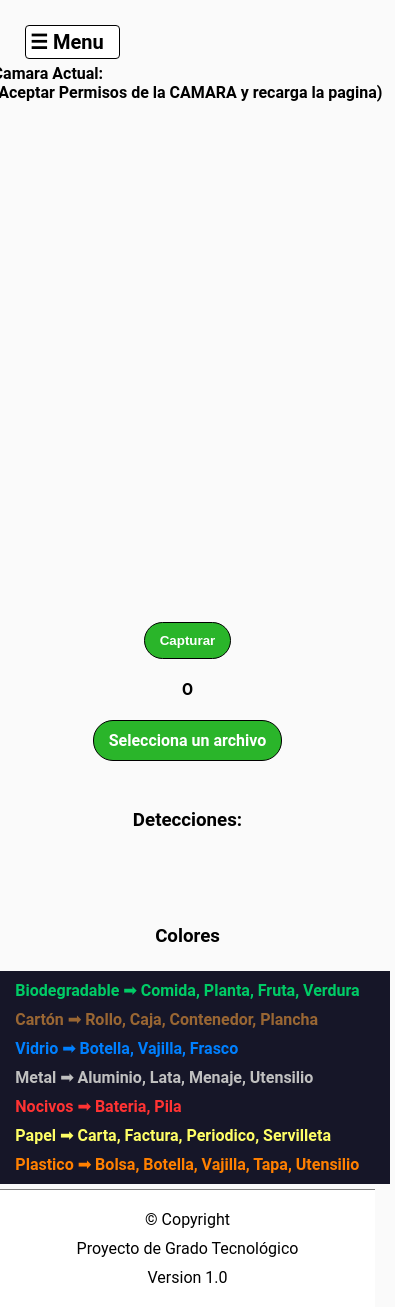
Repository: castecabas/Recicladora
Page: http://localhost/model
These files come from the project's save history. The page is drawn as it stood at one moment and after the next save; the edit follows.
The browser window is 375 px wide. The page is 395 px wide, then 375 px, so the pictures cover 395 px, including what lies to the right of the window. The pictures show the whole page.
Pictures or frames that could not be fetched are drawn as grey boxes. The page is served by the project's application, run on Flask 3 (src/index.py). Other server files are loaded and not shown.

Above is the page before, as saved 2024-12-24 16:41:21.

### src/templates/model.html
<!DOCTYPE html>
<html lang="en">

<head>
    <meta charset="UTF-8">
    <meta name="viewport" content="width=device-width, initial-scale=1.0">
    <title>Clasificador</title>
    <link rel="stylesheet" href="{{ url_for('static', filename='css/model.css') }}">
    <link rel="shortcut icon" href="https://i.postimg.cc/gk7MpWkm/logo.webp" />
</head>

<body>
    <span class="btn_openmenu" onclick="openNav()">&#9776; Menu</span><br><br>
    <nav class="aside" id="aside">
        <div class="overlay"></div>
        <img class="aside_logo" src="https://i.postimg.cc/gk7MpWkm/logo.webp">
        <h1 style="text-decoration: underline;">Opciones</h1>

        <label for="confidenceThreshold">
            <span class="tooltip-container">
                <img class="logo_x"
                    src="https://images.vexels.com/media/users/3/152347/isolated/preview/27304b9b14ce9bd8a28ca637ed92070e-icono-de-signo-de-interrogacion-de-circulo-azul.png"
                    alt="Ayuda">
                <span class="tooltip-text">Es la probabilidad que determina en las predicciones,si es alto es más
                    confiable, aunque puede omitir objetos al no cumplir dicho porcentaje. Si es bajo, será menos
                    confiable, pero detectará aún más.</span>
            </span>
            Umbral de Confianza:
        </label>
        <input type="range" id="confidenceThreshold" min="0.1" max="0.8" step="0.01" value="0.5">
        <span id="confidenceValue" style="color: white;">0.5</span>

        <label for="SwitchCamera">Camara</label>
        <button id="switchCameraBtn">Cambiar de dispositivo</button>
        </a>
        <label class="nav-link-aside" for="darkModeToggle"><input type="checkbox" class="btn_darkmode"
                id="darkModeToggle" hidden>
            Modo Oscuro</label>
        <br>
        <a href="javascript:void(0)" class="closebtn" onclick="closeNav()">Cerrar Menú</a>
        <a href="{{ url_for('index') }}" class="nav-link">Ir a Inicio</a>
    </nav>

    <div class="container">
        <main>
            <div>
                <div>
                    <p>Camara Actual: <span id="currentCamera"></span><br>
                        (Aceptar Permisos de la CAMARA y recarga la pagina)</p>
                    <video id="video" width="640" height="480" autoplay></video><br>
                    <button id="captureBtn">Capturar</button>
                    <p>O</p>
                    <input type="file" id="fileInput" hidden accept="image/*,video/*">
                    <label for="fileInput" id="fileinputlabel">Selecciona un archivo</label>
                </div>
                <br>
                <img id="resultImage">
            </div>
            <canvas id="canvas" width="640" height="480" style="display:none;"></canvas>
            <div>
                <h3>Detecciones:</h3>
                <ul id="detectionsList"></ul>
            </div>
            <div class="colors">
                <h3>Colores</h3>
                <ul>
                    <li class="bio">Biodegradable &#10143; Comida, Planta, Fruta, Verdura</li>
                    <li class="cardb">Cartón &#10143; Rollo, Caja, Contenedor, Plancha</li>
                    <li class="glass">Vidrio &#10143; Botella, Vajilla, Frasco</li>
                    <li class="metal">Metal &#10143; Aluminio, Lata, Menaje, Utensilio</li>
                    <li class="noxios">Nocivos &#10143; Bateria, Pila</li>
                    <li class="paper">Papel &#10143; Carta, Factura, Periodico, Servilleta</li>
                    <li class="plastic">Plastico &#10143; Bolsa, Botella, Vajilla, Tapa, Utensilio</li>
                </ul>
            </div>
        </main>
        {% include 'components/footer.html' %}
    </div>
    <script src="{{ url_for('static', filename='js/model.js') }}"></script>
    <script src="{{ url_for('static', filename='js/dark_mode.js') }}"></script>
</body>

</html>

### src/templates/components/footer.html
<footer class="footer">
    <style>
        .footer {
            width: 100%;
            background-color: white;
            text-align: center;
            padding: 15px;
            box-sizing: border-box;
            position: relative;
            bottom: 0;
            font-family: 'Roboto', sans-serif;
            border-top: 1px solid gray;
            margin-top: auto;
        }

        .footer ul {
            list-style: none;
            padding: 0;
            margin: 0;
            display: flex;
            flex-direction: column;
            align-items: center;
        }

        .footer ul li {
            text-decoration: none;
            margin: 5px 0;
        }

        @media (min-width: 600px) {
            .footer ul {
                flex-direction: row;
                justify-content: center;
            }

            .footer ul li {
                margin: 0 15px;
            }
        }

        /* MODO OSCURO */
        body.dark-mode footer{
            background: rgb(29, 0, 28);
            background: linear-gradient(90deg, rgba(29, 0, 28, 1) 0%, rgba(11, 0, 34, 1) 8%, rgba(0, 0, 22, 1) 100%);
            border-top: 1px solid #686868;
            transition: all 0.3s ease-in;
        }

        body.dark-mode footer li{
            color: white;
        }
    </style>

    <ul>
        <li>© Copyright</li>
        <li>Proyecto de Grado Tecnológico</li>
        <li>Version 1.0</li>
    </ul>

</footer>

### src/index.py
from flask import Flask, render_template, Response, request, jsonify
from yolo_model import YOLOModel
from camera import Camera
import cv2
import numpy as np
import base64

app = Flask(__name__)

yolo_model = YOLOModel('src/model/best.pt')
camera = Camera()

# RUTAS
@app.route('/')
@app.route('/home')
@app.route('/index')
def index():
    return render_template('index.html')

@app.route('/about')
def about():
    return render_template('about.html')

@app.route('/learn')
def learn():
    return render_template('learn.html')

@app.route('/model')
def model():
    return render_template('model.html')

@app.route('/news')
def news():
    return render_template('news.html')

@app.route('/recycle')
def recycle():
    return render_template('recycle.html')

# FUNCIONES

    #NOTE: obtener las camaras
@app.route('/get_cameras')
def get_cameras():
    return jsonify(camera.get_camera_list())

    #NOTE: cambiar camara
@app.route('/switch_camera/<int:camera_id>')
def switch_camera(camera_id):
    camera.select_camera(camera_id)
    return "OK"

    #NOTE: detectar dicha imagen
@app.route('/detect', methods=['POST'])
def detect():
    try:
        if 'file' not in request.files:
            return jsonify({'error': 'No file part'}), 400

        file = request.files['file']
        confidence = float(request.form.get('confidence', 0.25))

        # Lee la imagen del archivo
        npimg = np.fromfile(file, np.uint8)
        img = cv2.imdecode(npimg, cv2.IMREAD_COLOR)

        # Detecta objetos usando el modelo YOLO
        results = yolo_model.detect(img, conf_threshold=confidence)
        if results is None:
            return jsonify({'error': 'No detections returned from model'}), 500

        # Dibuja los cuadros de detección en la imagen
        processed_img = yolo_model.draw_boxes(img, results)

        # Codifica la imagen procesada en base64 para enviar al cliente
        _, buffer = cv2.imencode('.jpg', processed_img)
        img_base64 = base64.b64encode(buffer).decode('utf-8')

        return jsonify({
            'image': f'data:[embedded picture, 35 characters]',
            'detections': results
        })
    except Exception as e:
        print(f"Error during detection: {e}")
        return jsonify({'error': str(e)}), 500

# EJECUCION
if __name__ == '__main__':
    app.run(debug=True)

### src/static/css/model.css
html,
body {

    margin: 0;
    padding: 0;
    font-family: 'Roboto', sans-serif;
    background-color: #fafafa;
    display: flex;
    flex-direction: column;
    min-height: 100vh;
    transition: all 0.5s ease;
}

main {
    max-height: auto;
}

.btn_openmenu {
    font-size: 20px;
    cursor: pointer;
    position: fixed;
    background-color: white;
    border-radius: 4px;
    border: 1px solid black;
    margin: 25px;
    padding: 4px;
    padding-right: 15px;
    z-index: 100;
    font-weight: 600;
}

.btn_openmenu:hover {
    background-color: rgb(209, 209, 209);
}

.container {
    display: flex;
    flex-direction: column;
    min-height: 100vh;
    width: 100%;
    /* Asegura que ocupe todo el ancho */
    align-items: center;
    margin: 0;
    box-sizing: border-box;
}

main div {
    display: flex;
    flex-direction: column;
    align-items: center;
    justify-content: center;
    flex-grow: 1;
    width: 100%;
    max-width: 800px;
    box-sizing: border-box;
}

main div * {
    padding: 5px;
}

main div p {
    font-weight: bold;
}

main div #video {
    border-radius: 20px;
    max-width: 640px;
    width: 100%;
    max-height: 700px;
    aspect-ratio: 4/3;
    padding: 0;
}

main div #resultImage {
    border-radius: 20px;
    max-width: 640px;
    width: 100%;
    max-height: 740px;
    padding: 0;
    border: 0px;
    box-shadow: 10px 10px 15px rgba(0, 0, 0, 0.5);
}

@media(max-width:638px) {
    main div #resultImage {
        border-radius: 0;
        box-shadow: none;
    }
    main div.colors ul{
        width: 100vw;
        position: relative;
        border-radius: 0;
    }
}

main div #captureBtn,
main div #fileinputlabel {
    border-radius: 20px;
    background-color: #2AB52A;
    color: white;
    font-weight: bold;
    padding: 10px 15px 10px 15px;
    border: 1px solid black;
}

main div #captureBtn:hover,
main div #fileInput:hover {
    background-color: #219121;
}

main div ul#detectionsList {
    overflow-y: auto;
    max-height: 200px;
    width: 90vw;
    max-width: 634px;

}

main div ul#detectionsList li {
    font-size: large;
}


.aside {
    background: url(https://i.postimg.cc/8kbKKzK0/model-aside.webp);
    background-repeat: no-repeat;
    background-size: cover;
    height: 100%;
    width: 0;
    position: fixed;
    z-index: 100;
    top: 0;
    left: 0;
    background-color: #111;
    overflow-x: hidden;
    transition: 0.5s;
    justify-content: center;
    color: white;
    display: flex;
    flex-direction: column;
    text-align: center;
    align-items: center;
}

.aside * {
    margin: 5px 20px 5px 20px;
    font-weight: bold;
    z-index: 102;
    padding: 8px;
    color: #31ca31;
}

.aside .overlay {
    position: absolute;
    margin: 0;
    top: 0;
    left: 0;
    right: 0;
    bottom: 0;
    background-color: rgba(0, 0, 0, 0.55);
    z-index: 101;
}

.aside img.aside_logo {
    aspect-ratio: 1/1;
    max-width: 100px;
}

@media(max-height:850px) {
    .aside img.aside_logo {
        display: none;
    }
}


.aside h1 {
    color: #2AB52A;

}

.aside .closebtn {
    text-decoration: none;
    color: white;
    border-radius: 4px;
    background-color: #206BCE;
    padding: 10px 15px 10px 15px;
    border: 1px solid black;
    width: 134px;
}

.aside .closebtn:hover {
    background-color: #1a58a8;
}

.aside .logo_x {
    position: relative;
    padding-left: 0px;
    margin: 0px;
    aspect-ratio: 1/1;
    height: 20px;
    cursor: pointer;
}


/* Estilos del contenedor del tooltip */
.tooltip-container {
    position: relative;
    display: inline-block;
    padding: 0;
    margin: 0;
}

/* Ocultar el tooltip por defecto */
.tooltip-text {
    opacity: 0;
    /* Oculto por defecto */
    width: 135px;
    background-color: #2ea664;
    color: #f5f6fc;
    text-align: center;
    font-size: small;
    padding: 5px;
    border-radius: 5px;
    position: absolute;
    top: -120px;
    /* Ajusta la posición para que esté sobre la imagen */
    left: 50%;
    transform: translateX(-25%);
    transition: opacity 0.3s ease-in-out;

    /* Transición suave */
    z-index: 9000;
}

/* Flecha del tooltip */
.tooltip-text::after {
    content: "";
    position: absolute;
    bottom: -5px;
    /* Flecha debajo del tooltip */
    left: 50%;
    transform: translateX(-50%);
    border-width: 5px;
    border-style: solid;
    border-color: #333 transparent transparent transparent;
}

/* Mostrar el tooltip al pasar el ratón sobre la imagen */
.tooltip-container:active .tooltip-text,
.tooltip-container:hover .tooltip-text {
    opacity: 1;
    animation: hideTooltip 18s forwards;
    /* Inicia la animación para ocultarlo después de 3 segundos */
}

/* Animación para ocultar el tooltip */
@keyframes hideTooltip {
    0% {
        opacity: 1;
    }

    90% {
        opacity: 1;
    }

    100% {
        opacity: 0;
    }
}


.aside #confidenceThreshold {
    accent-color: #2AB52A;
    background-color: white;
}


.aside .colors li {
    list-style: none;
}


.aside #switchCameraBtn {
    border-radius: 4px;
    background-color: #2AB52A;
    color: white;
    border: 1px solid black;
}

.aside #switchCameraBtn:hover {
    background-color: #219121;
}

.aside .nav-link,
.aside .nav-link-aside {
    text-decoration: none;
    color: white;
    background-color: #206BCE;
    border-radius: 4px;
    max-width: 75vw;
    padding: 10px 15px 10px 15px;
    border: 1px solid black;
    width: 134px;
    font-size: large;
}

.aside .nav-link:hover {
    background-color: #1a58a8;
}

.aside .nav-link-aside {
    background-color: #31ca31;
    font-size: small;
}

.aside .nav-link-aside:hover {
    background-color: #2AB52A;
    cursor: pointer;
}

label#fileinputlabel:hover {
    cursor: pointer;
    background-color: #2AB52A;
}

div.colors {


    padding: 5px;

    label {
        font-weight: bold;
    }

    ul {
        margin: 0;
        padding: 5px 25px 5px 25px;
        border-radius: 10px;
        background: rgba(0, 0, 20, 0.911);
        max-width: max-content;
        position: relative;
        justify-content: center;

        li {
            list-style-type: none;
            font-weight: 600;
            line-break: anywhere;

        }
    }


    .bio {
        color: #00cc66;
    }

    .cardb {
        color: #996633;
    }

    .glass {
        color: #0080ff;
    }

    .metal {
        color: #c0c0c0;
    }

    .noxios {
        color: #ff3333;
    }

    .paper {
        color: #ffff66;
    }

    .plastic {
        color: #ff8000;
    }
}


/* MODO OSCURO */

body.dark-mode {
    background-color: #000014;
}

body.dark-mode #video {
    border: 1px outset white;
}

body.dark-mode .container p,
body.dark-mode .container h3 {
    color: white;
}

body.dark-mode .container p,
body.dark-mode .container ul#detectionsList li {
    color: white;
}

### src/static/js/model.js
let currentCameraIndex = 0;
let cameras = [];
const clsname = [
    "Comida", "Planta", "Fruta o Verdura", "Base de Carton", "Caja de Carton",
    "Contenedor de Carton", "Forma de Carton", "Botella de Vidrio", "Vajilla de Vidrio",
    "Fragmentos de Vidrio", "Frasco de Vidrio", "Jarra de Vidrio", "Aluminio",
    "Contenedor Metalico", "Latas de Alimento", "Menaje Metalico", "Metal Menor",
    "Utensilio Metalico", "Bateria o Pila", "Carta de Papel", "Recibo o Factura",
    "Periodico o Revista", "Forma de Papel", "Papel de Higiene", "Bolsa de Plastico",
    "Botella de Plastico", "Contenedor de Plastico", "Envase de Plastico",
    "Vajilla de Plastico", "Tapa de Plastico", "Utensilio de Plastico"
  ];
let confidenceThreshold = 0.5;

const parrafo = document.getElementById("confidenceValue");

const valorDecimal = parseFloat(parrafo.textContent);
const valorPorcentaje = valorDecimal * 100;
parrafo.textContent = valorPorcentaje + "%";

document.addEventListener('DOMContentLoaded', function () {
    fetchCameras();

    document.getElementById('switchCameraBtn').addEventListener('click', switchCamera);
    document.getElementById('captureBtn').addEventListener('click', captureAndDetect);
    document.getElementById('fileInput').addEventListener('change', handleFileSelect);

    const confidenceSlider = document.getElementById('confidenceThreshold');
    const confidenceValue = document.getElementById('confidenceValue');

    confidenceSlider.addEventListener('input', function () {
        confidenceThreshold = parseFloat(this.value);
        confidenceValue.textContent = confidenceThreshold.toFixed(2);
        const valorDecimal = parseFloat(parrafo.textContent);
        const valorPorcentaje = valorDecimal * 100;
        parrafo.textContent = valorPorcentaje.toFixed(0) + "%";
    });
});

function fetchCameras() {
    navigator.mediaDevices.enumerateDevices()
        .then(devices => {
            cameras = devices.filter(device => device.kind === 'videoinput');
            updateCurrentCamera();
        })
        .catch(error => {
            console.error('Error enumerating devices:', error);
        });
}

async function switchCamera() {
    currentCameraIndex = (currentCameraIndex + 1) % cameras.length;
    updateCurrentCamera();

    try {
        const stream = await navigator.mediaDevices.getUserMedia({
            video: { deviceId: { ideal: cameras[currentCameraIndex].deviceId } }
        });
        document.getElementById('video').srcObject = stream;
    } catch (error) {
        console.error('Error switching camera:', error);
    }
}

function updateCurrentCamera() {
    const cameraInfo = cameras[currentCameraIndex] ? cameras[currentCameraIndex].label : 'Unknown';
    document.getElementById('currentCamera').textContent = cameraInfo;
}

function captureAndDetect() {
    const video = document.getElementById('video');
    const canvas = document.getElementById('canvas');
    const context = canvas.getContext('2d');

    context.drawImage(video, 0, 0, canvas.width, canvas.height);
    canvas.toBlob(blob => {
        const formData = new FormData();
        formData.append('file', blob, 'capture.jpg');
        formData.append('confidence', confidenceThreshold);
        detectObjects(formData);
    }, 'image/jpeg');
}

function handleFileSelect(event) {
    const file = event.target.files[0];
    const formData = new FormData();
    formData.append('file', file);
    formData.append('confidence', confidenceThreshold);
    detectObjects(formData);
}

function detectObjects(formData) {
    fetch('/detect', {
        method: 'POST',
        body: formData
    })
        .then(response => response.json())
        .then(data => {
            document.getElementById('resultImage').src = data.image;
            updateDetectionsList(data.detections);
        })
        .catch(error => {
            console.error('Error detecting objects:', error);
        });
}

function updateDetectionsList(detections) {
    const list = document.getElementById('detectionsList');
    list.innerHTML = '';
    detections.forEach(detection => {
        const [x1, y1, x2, y2, conf, cls] = detection;
        const li = document.createElement('li');
        li.textContent = `Clase: ${clsname[cls] || 'Desconocido'}, Confianza: ${conf.toFixed(2) * 100} %`;
        list.appendChild(li);
    });
}

async function initializeCamera() {
    try {
        const stream = await navigator.mediaDevices.getUserMedia({ video: true });
        document.getElementById('video').srcObject = stream;
    } catch (error) {
        console.error('Error accessing camera:', error);
    }
}

function openNav() {
    document.getElementById("aside").style.width = "250px";
}

function closeNav() {
    document.getElementById("aside").style.width = "0";
}

initializeCamera();

### src/static/js/dark_mode.js
document.addEventListener("DOMContentLoaded", () => {
    const toggle = document.getElementById("darkModeToggle");
    const darkModeEnabled = localStorage.getItem("darkMode") === "enabled";

    if (darkModeEnabled) {
        document.body.classList.add("dark-mode");
        toggle.checked = true;
    }

    toggle.addEventListener("change", () => {
        if (toggle.checked) {
            document.body.classList.add("dark-mode");
            localStorage.setItem("darkMode", "enabled");
        } else {
            document.body.classList.remove("dark-mode");
            localStorage.setItem("darkMode", "disabled");
        }
    });
});

After the next save:
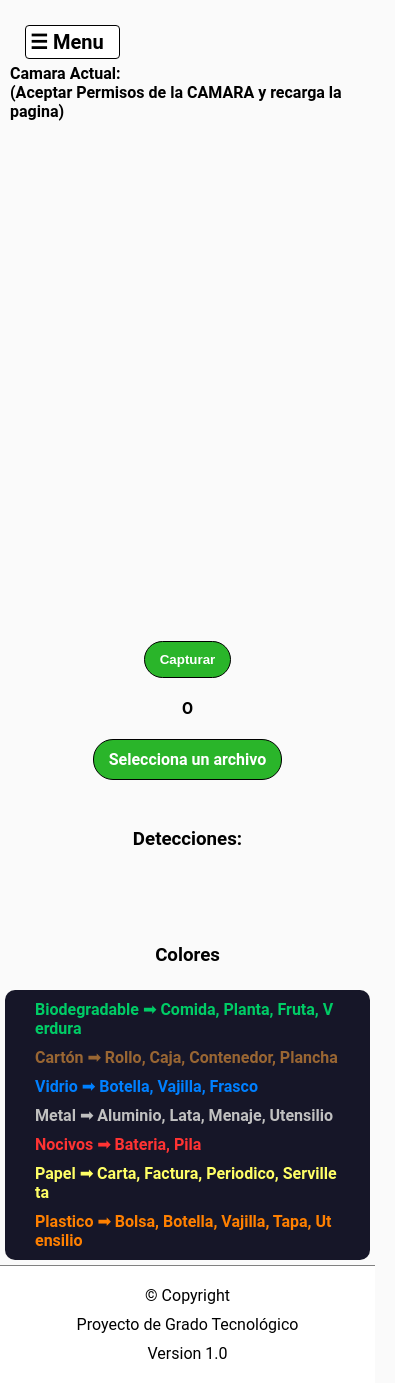
Saved 27 s later.
--- a/src/static/css/model.css
+++ b/src/static/css/model.css
@@ -87,7 +87,7 @@ main div #resultImage {
         border-radius: 0;
         box-shadow: none;
     }
-    main div.colors ul{
+    main div.colors{
         width: 100vw;
         position: relative;
         border-radius: 0;
